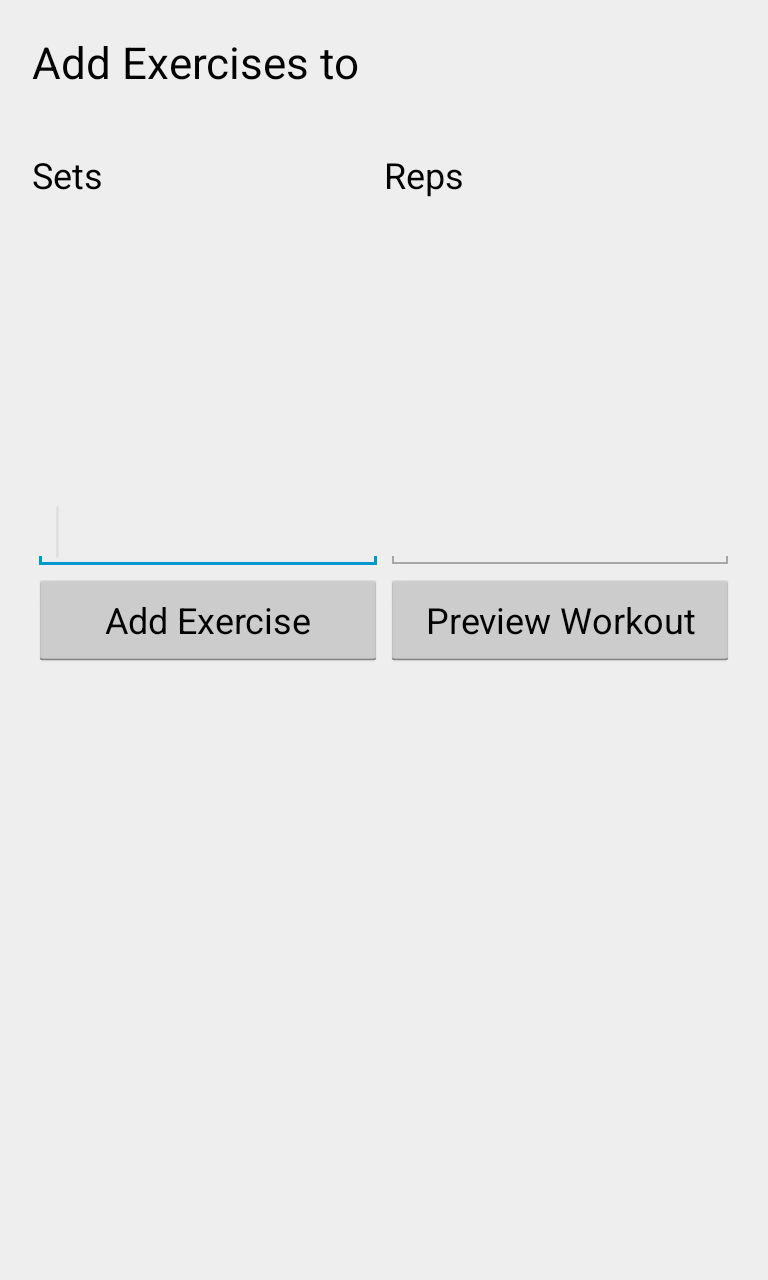
Repository: jmcdon09/EZWorkout
Layout: EzTrain/EzTrain/res/layout/activity_add_exercises.xml
An editor plug-in stored every save of this project. The layout is shown before and after the next save, followed by the edit.
It is drawn on a 768 x 1280 px phone screen (xhdpi) without system bars, with theme AppTheme; the app's code is not run. Lists and similar views that code fills are empty.

Above is the layout before, as saved 2014-03-29 03:26:01.

### EzTrain/EzTrain/res/layout/activity_add_exercises.xml
<LinearLayout xmlns:android="http://schemas.android.com/apk/res/android"
    xmlns:tools="http://schemas.android.com/tools"
    android:id="@+id/LinearLayout1"
    android:layout_width="match_parent"
    android:layout_height="match_parent"
    android:background="@color/background"
    android:orientation="vertical"
    android:paddingBottom="@dimen/activity_vertical_margin"
    android:paddingLeft="@dimen/activity_horizontal_margin"
    android:paddingRight="@dimen/activity_horizontal_margin"
    android:paddingTop="@dimen/activity_vertical_margin"
    tools:context=".AddExercises" >

    <LinearLayout
        android:layout_width="match_parent"
        android:layout_height="wrap_content" >

        <TextView
            android:id="@+id/adding_exercises"
            android:layout_width="wrap_content"
            android:layout_height="wrap_content"
            android:text="@string/add_exercise_to_workout"
            android:textAppearance="?android:attr/textAppearanceLarge" />

        <TextView
            android:id="@+id/workout_name"
            android:layout_width="wrap_content"
            android:layout_height="wrap_content"
            android:textAppearance="?android:attr/textAppearanceLarge" />

    </LinearLayout>

    <TextView
        android:id="@+id/muscle_group"
        android:layout_width="wrap_content"
        android:layout_height="wrap_content"
        android:textAppearance="?android:attr/textAppearanceLarge" />

    <ListView
        android:id="@+id/exercise_list"
        android:layout_width="match_parent"
        android:layout_height="wrap_content" >
    </ListView>

    <LinearLayout
        android:weightSum="100"
        android:layout_width="match_parent"
        android:layout_height="wrap_content" >

        <TextView
            android:layout_weight="50"
            android:id="@+id/add_exercise_exercise"
            android:layout_width="fill_parent"
            android:layout_height="wrap_content"
            android:text="@string/exercise"
            android:textAppearance="?android:attr/textAppearanceMedium" />

        <TextView
            android:layout_weight="25"
            android:id="@+id/add_exercise_set"
            android:layout_width="fill_parent"
            android:layout_height="wrap_content"
            android:text="@string/sets"
            android:textAppearance="?android:attr/textAppearanceMedium" />

        <TextView
            android:layout_weight="25"
            android:id="@+id/add_exercise_rep"
            android:layout_width="fill_parent"
            android:layout_height="wrap_content"
            android:text="@string/reps"
            android:textAppearance="?android:attr/textAppearanceMedium" />

    </LinearLayout>

    <LinearLayout
        android:weightSum="100"
        android:layout_width="match_parent"
        android:layout_height="wrap_content" >

        <TextView
            android:layout_weight="50"
            android:id="@+id/add_exercise_name"
            android:layout_width="fill_parent"
            android:layout_height="wrap_content"
            android:textAppearance="?android:attr/textAppearanceMedium" />

        <EditText
            android:id="@+id/add_exercise_set_input"
            android:layout_width="fill_parent"
            android:layout_height="wrap_content"
            android:layout_weight="25"
            android:ems="10"
            android:inputType="number" >

            <requestFocus />
        </EditText>

        <EditText
            android:id="@+id/add_exercise_rep_input"
            android:layout_width="fill_parent"
            android:layout_height="wrap_content"
            android:layout_weight="25"
            android:ems="10"
            android:inputType="number" />

    </LinearLayout>

    <LinearLayout
        android:weightSum="100"
        android:layout_width="match_parent"
        android:layout_height="wrap_content" >

        <Button
            android:layout_weight="50"
            android:id="@+id/add_exercise"
            android:layout_width="fill_parent"
            android:layout_height="wrap_content"
            android:text="@string/add_exercise" />

        <Button
            android:layout_weight="50"
            android:id="@+id/preview_workout"
            android:layout_width="fill_parent"
            android:layout_height="wrap_content"
            android:text="@string/preview_workout" />

    </LinearLayout>

</LinearLayout>

### EzTrain/EzTrain/res/values-v11/styles.xml
<?xml version="1.0" encoding="utf-8"?>
<resources>

    <!--
        Base application theme for API 11+. This theme completely replaces
        AppBaseTheme from res/values/styles.xml on API 11+ devices.
    -->
    <style name="AppBaseTheme" parent="android:Theme.Holo.Light">
        <!-- API 11 theme customizations can go here. -->
    </style>

    <style name="FullscreenTheme" parent="android:Theme.Holo">
        <item name="android:actionBarStyle">@style/FullscreenActionBarStyle</item>
        <item name="android:windowActionBarOverlay">true</item>
        <item name="android:windowBackground">@null</item>
        <item name="buttonBarStyle">?android:attr/buttonBarStyle</item>
        <item name="buttonBarButtonStyle">?android:attr/buttonBarButtonStyle</item>
    </style>

    <style name="FullscreenActionBarStyle" parent="android:Widget.Holo.Light.ActionBar">
        <item name="android:background">@color/action_bar_background</item>
        <item name="android:actionMenuTextColor">@color/black_overlay</item>
    </style>

</resources>

### EzTrain/EzTrain/res/values-v14/styles.xml
<resources>

    <!--
        Base application theme for API 14+. This theme completely replaces
        AppBaseTheme from BOTH res/values/styles.xml and
        res/values-v11/styles.xml on API 14+ devices.
    -->
    <style name="AppBaseTheme" parent="@android:style/Theme.Holo.Light.DarkActionBar">
        <!-- API 14 theme customizations can go here. -->
        <item name="android:actionBarStyle">@style/MyActionBar</item>


    </style>

    <style name="MyActionBar" parent="@android:style/Widget.Holo.Light.ActionBar">
        <item name="android:background">@color/action_bar_background</item>
        <item name="android:titleTextStyle">@style/MyActionBarTitle</item>
    </style>

	<style name="MyActionBarTitle" parent="@android:style/TextAppearance.Holo.Widget.ActionBar.Title">
	    <item name="android:textColor">@color/title</item>

	</style>



</resources>

### EzTrain/EzTrain/res/values/colors.xml
<resources>

    <color name="action_bar_background">#4db6af</color>
    <color name="black_overlay">#66000000</color>
    <color name="background">#eee</color>
    <color name="font">#444</color>
    <color name="accent">#ccc</color>
    <color name="title">#FFF</color>

</resources>

### EzTrain/EzTrain/res/values/strings.xml
<?xml version="1.0" encoding="utf-8"?>
<resources>

    <string name="app_name">EZWorkout</string>

    <string-array name="muscle_groups">
        <item>Arms</item>
        <item>Abdominals</item>
        <item>Chest</item>
        <item>Back</item>
        <item>Legs</item>
        <item>Shoulders</item>
    </string-array>

    <string-array name="my_workouts">
        <item>Biceps</item>
        <item>Major Chest Workout</item>
    </string-array>

    <string-array name="chest">
        <item>Benchpress</item>
        <item>Butterflys</item>
        <item>Push Ups</item>
        <item>Iron Cross</item>
        <item>Decline Dumbell Press</item>
        <item></item>
    </string-array>

    <string-array name="arms">
        <item>Bicep Curls</item>
        <item>Spider Curls</item>
        <item>Tricep Dips</item>
        <item>Skullcrushers</item>
        <item>French Press</item>
    </string-array>

    <string-array name="shoudlers">
        <item>Shoulder Abduction</item>
        <item>Military Press</item>
    </string-array>

    <string-array name="abdominals">
        <item>Crunches</item>
        <item>Russian Twists</item>
        <item>Sit-ups</item>
        <item>Toe Touches</item>
    </string-array>

    <string-array name="legs">
        <item>One Legged Squats</item>
        <item>Romanian Deadlifts</item>
        <item>Trap Bar Deadlifts</item>
        <item>Box Jumps</item>
    </string-array>

    <string-array name="back">
        <item>Standing Good Mornings</item>
        <item>Seated Good Mornings</item>
        <item>Reverse Hypers</item>
        <item>Chin Ups</item>
    </string-array>

    <string name="workout_now">Start Workout</string>
    <string name="progress">My Progress</string>
    <string name="design_work">Design Workout</string>
    <string name="title_activity_start_workout">Start Workout</string>
    <string name="title_activity_my_progress">My Progress</string>
    <string name="title_activity_design_workout">Design Workout</string>
    <string name="title_activity_add_exercises">Add Exercises</string>
    <string name="title_activity_create_exercise">Create Exercise</string>
    <string name="title_activity_preview_workout">Preview Workout</string>
    <string name="title_activity_my_workouts">My Workouts</string>
    <string name="title_activity_workout">Workout</string>
    <string name="title_activity_active_workout">Active Workout</string>
    <string name="workout_name">Workout Name</string>
    <string name="return_workout"></string>
    <string name="action_settings">Action Settings</string>
    <string name="add_exercise_to_workout">Add Exercises to </string>
    <string name="add_exercise">Add Exercise</string>
    <string name="begin_design">Start Design</string>
    <string name="create_exercise">Create Exercise</string>
    <string name="muscle_group">Muscle Group</string>
    <string name="workout_description">Workout Description</string>
    <string name="my_workouts">My Workouts</string>
    <string name="start_workout">Start Workout</string>
    <string name="browse_workouts">Browse Workouts</string>
    <string name="exercise_name">Exercise Name</string>
    <string name="rep_hint">Rep hint goes here</string>
    <string name="action_home">Home</string>
    <string name="exercise1">Bench press </string>
    <string name="set1">4</string>
    <string name="rep1">8#821112</string>
    <string name="hello_world">Hello world!</string>
    <string name="preview_workout">Preview Workout</string>
    <string name="title_activity_preview_design">Preview Design</string>
    <string name="exercise">Exercise</string>
    <string name="sets">Sets</string>
    <string name="reps">Reps</string>
    <string name="weight">Weight</string>



</resources>

Loaded but not shown: EzTrain/EzTrain/res/values/styles.xml (common file); EzTrain/EzTrain/res/values/dimens.xml (common file)

After the next save:
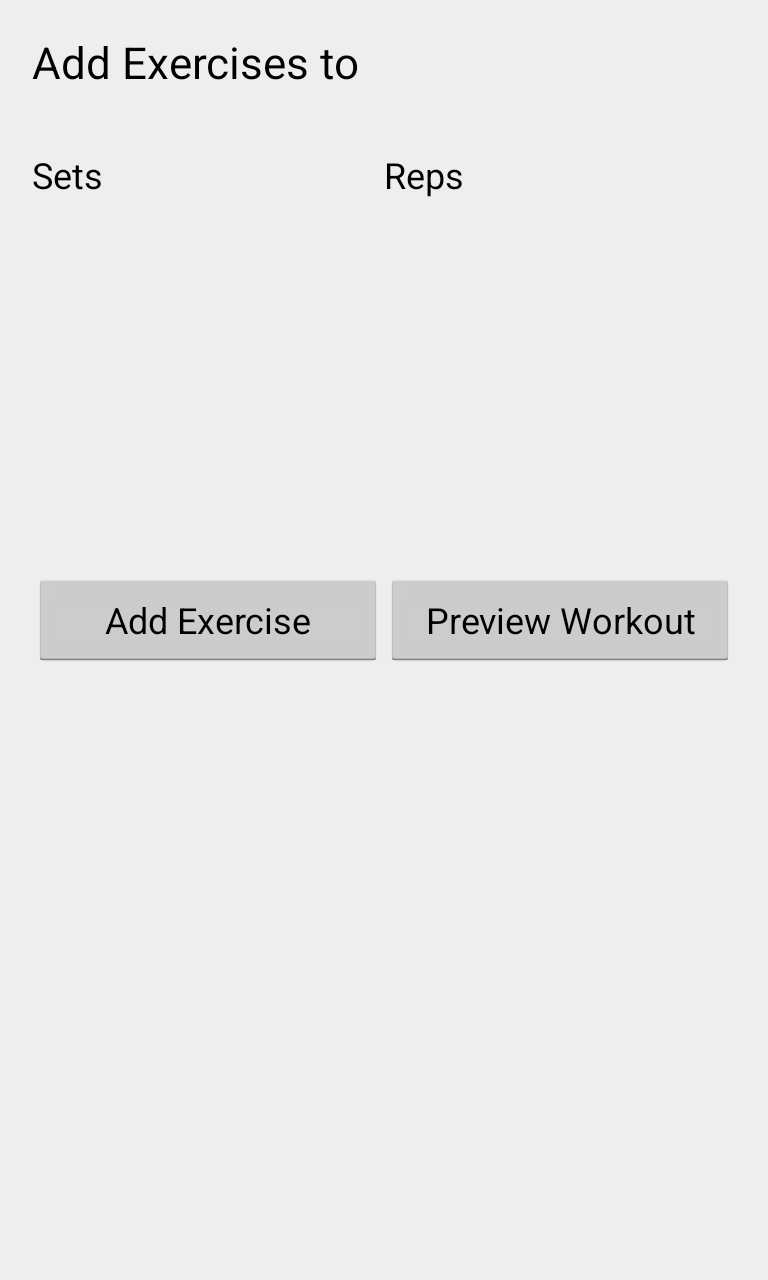
Saved 9 min 57 s later.
--- a/EzTrain/EzTrain/res/layout/activity_add_exercises.xml
+++ b/EzTrain/EzTrain/res/layout/activity_add_exercises.xml
@@ -36,42 +36,41 @@
         android:layout_height="wrap_content"
         android:textAppearance="?android:attr/textAppearanceLarge" />
 
+    <LinearLayout
+        android:layout_width="match_parent"
+        android:layout_height="wrap_content"
+        android:weightSum="100" >
+
+        <TextView
+            android:id="@+id/add_exercise_exercise"
+            android:layout_width="fill_parent"
+            android:layout_height="wrap_content"
+            android:layout_weight="50"
+            android:text="@string/exercise"
+            android:textAppearance="?android:attr/textAppearanceMedium" />
+
+        <TextView
+            android:id="@+id/add_exercise_set"
+            android:layout_width="fill_parent"
+            android:layout_height="wrap_content"
+            android:layout_weight="25"
+            android:text="@string/sets"
+            android:textAppearance="?android:attr/textAppearanceMedium" />
+
+        <TextView
+            android:id="@+id/add_exercise_rep"
+            android:layout_width="fill_parent"
+            android:layout_height="wrap_content"
+            android:layout_weight="25"
+            android:text="@string/reps"
+            android:textAppearance="?android:attr/textAppearanceMedium" />
+    </LinearLayout>
+
     <ListView
         android:id="@+id/exercise_list"
         android:layout_width="match_parent"
         android:layout_height="wrap_content" >
     </ListView>
-
-    <LinearLayout
-        android:weightSum="100"
-        android:layout_width="match_parent"
-        android:layout_height="wrap_content" >
-
-        <TextView
-            android:layout_weight="50"
-            android:id="@+id/add_exercise_exercise"
-            android:layout_width="fill_parent"
-            android:layout_height="wrap_content"
-            android:text="@string/exercise"
-            android:textAppearance="?android:attr/textAppearanceMedium" />
-
-        <TextView
-            android:layout_weight="25"
-            android:id="@+id/add_exercise_set"
-            android:layout_width="fill_parent"
-            android:layout_height="wrap_content"
-            android:text="@string/sets"
-            android:textAppearance="?android:attr/textAppearanceMedium" />
-
-        <TextView
-            android:layout_weight="25"
-            android:id="@+id/add_exercise_rep"
-            android:layout_width="fill_parent"
-            android:layout_height="wrap_content"
-            android:text="@string/reps"
-            android:textAppearance="?android:attr/textAppearanceMedium" />
-
-    </LinearLayout>
 
     <LinearLayout
         android:weightSum="100"
@@ -89,7 +88,7 @@
             android:id="@+id/add_exercise_set_input"
             android:layout_width="fill_parent"
             android:layout_height="wrap_content"
-            android:layout_weight="25"
+            android:layout_weight="75"
             android:ems="10"
             android:inputType="number" >
 
@@ -100,7 +99,7 @@
             android:id="@+id/add_exercise_rep_input"
             android:layout_width="fill_parent"
             android:layout_height="wrap_content"
-            android:layout_weight="25"
+            android:layout_weight="75"
             android:ems="10"
             android:inputType="number" />
 
